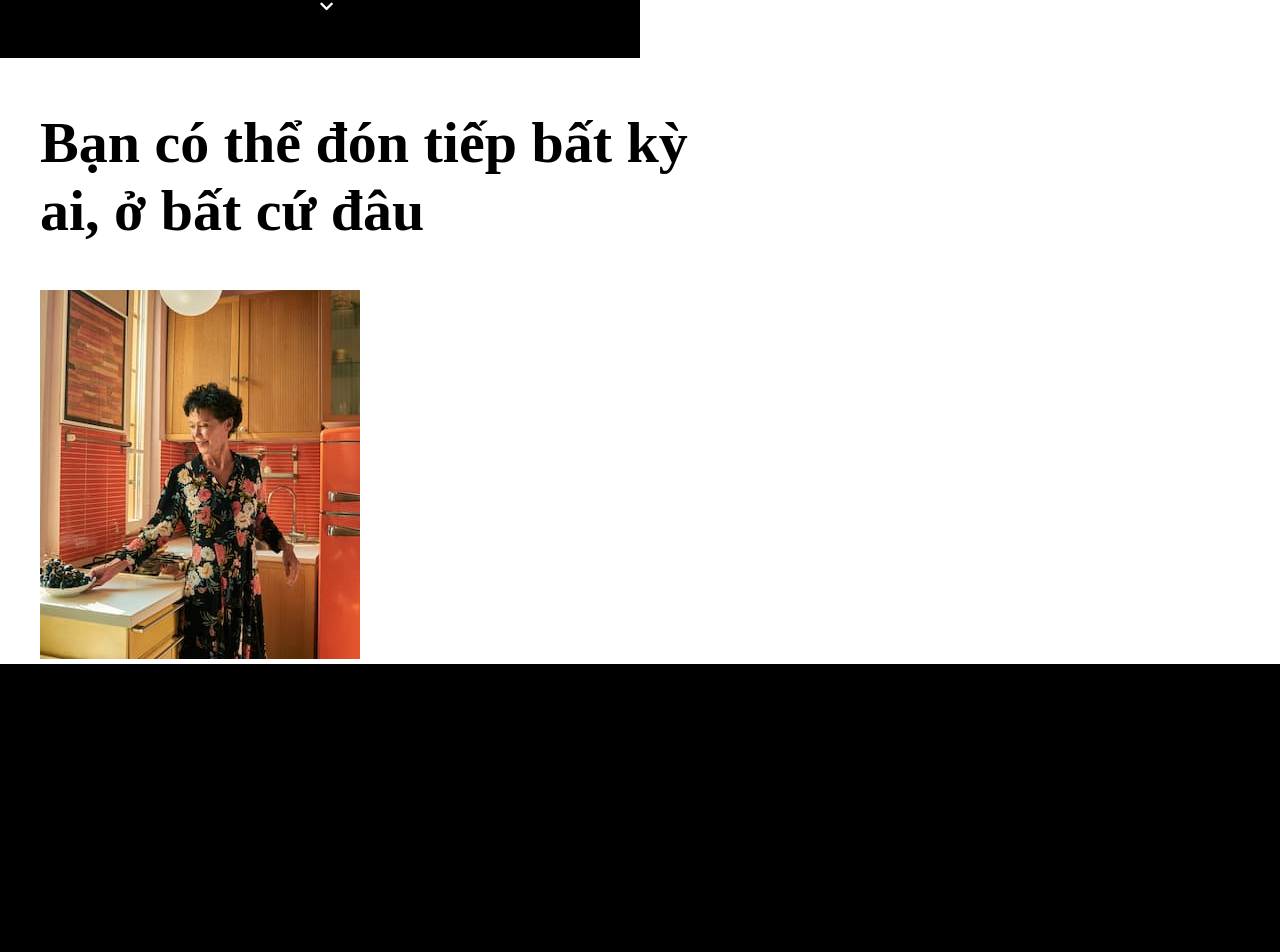
Repository: HoanTiny/AirbnbClone
Page: page3.html
An editor plug-in stored every save of this project. The page is shown before and after the next save, followed by the edit.
The browser window is 1280 px wide. The pictures show the part of the page from y = 662 to 1614 px (the page is 1826 px tall before and 1452 px after).
Pictures or frames that could not be fetched are drawn as grey boxes.

Above is the page before, as saved 2021-09-13 09:59:58.

### page3.html
<!DOCTYPE html>
<html lang="en">
    <head>
        <meta charset="UTF-8" />
        <meta http-equiv="X-UA-Compatible" content="IE=edge" />
        <meta name="viewport" content="width=device-width, initial-scale=1.0" />
        <link rel="stylesheet" href="./acess/css/mainpage3.css" />
        <link rel="stylesheet" href="./acess/css/gird.css" />
        <link rel="stylesheet" href="./acess/css/base.css" />
        <link rel="stylesheet" href="./acess/css/reponsive.css" />
        <link
            rel="stylesheet"
            href="./acess/font/fontawesome-free-5.15.3-web/css/all.min.css"
        />
        <title>Cho thuê nhà</title>
    </head>
    <body>
        <div class="app-p3">
            <div class="banner">
                <div class="banner__left">
                    <div class="banner__left-img">
                        <svg
                            width="30"
                            height="32"
                            fill="currentcolor"
                            color="#fff"
                            style="display: block"
                        >
                            <path
                                d="M29.24 22.68c-.16-.39-.31-.8-.47-1.15l-.74-1.67-.03-.03c-2.2-4.8-4.55-9.68-7.04-14.48l-.1-.2c-.25-.47-.5-.99-.76-1.47-.32-.57-.63-1.18-1.14-1.76a5.3 5.3 0 00-8.2 0c-.47.58-.82 1.19-1.14 1.76-.25.52-.5 1.03-.76 1.5l-.1.2c-2.45 4.8-4.84 9.68-7.04 14.48l-.06.06c-.22.52-.48 1.06-.73 1.64-.16.35-.32.73-.48 1.15a6.8 6.8 0 007.2 9.23 8.38 8.38 0 003.18-1.1c1.3-.73 2.55-1.79 3.95-3.32 1.4 1.53 2.68 2.59 3.95 3.33A8.38 8.38 0 0022.75 32a6.79 6.79 0 006.75-5.83 5.94 5.94 0 00-.26-3.5zm-14.36 1.66c-1.72-2.2-2.84-4.22-3.22-5.95a5.2 5.2 0 01-.1-1.96c.07-.51.26-.96.52-1.34.6-.87 1.65-1.41 2.8-1.41a3.3 3.3 0 012.8 1.4c.26.4.45.84.51 1.35.1.58.06 1.25-.1 1.96-.38 1.7-1.5 3.74-3.21 5.95zm12.74 1.48a4.76 4.76 0 01-2.9 3.75c-.76.32-1.6.41-2.42.32-.8-.1-1.6-.36-2.42-.84a15.64 15.64 0 01-3.63-3.1c2.1-2.6 3.37-4.97 3.85-7.08.23-1 .26-1.9.16-2.73a5.53 5.53 0 00-.86-2.2 5.36 5.36 0 00-4.49-2.28c-1.85 0-3.5.86-4.5 2.27a5.18 5.18 0 00-.85 2.21c-.13.84-.1 1.77.16 2.73.48 2.11 1.78 4.51 3.85 7.1a14.33 14.33 0 01-3.63 3.12c-.83.48-1.62.73-2.42.83a4.76 4.76 0 01-5.32-4.07c-.1-.8-.03-1.6.29-2.5.1-.32.25-.64.41-1.02.22-.52.48-1.06.73-1.6l.04-.07c2.16-4.77 4.52-9.64 6.97-14.41l.1-.2c.25-.48.5-.99.76-1.47.26-.51.54-1 .9-1.4a3.32 3.32 0 015.09 0c.35.4.64.89.9 1.4.25.48.5 1 .76 1.47l.1.2c2.44 4.77 4.8 9.64 7 14.41l.03.03c.26.52.48 1.1.73 1.6.16.39.32.7.42 1.03.19.9.29 1.7.19 2.5z"
                            ></path>
                        </svg>
                    </div>
                    <div class="banner__left-conttent">
                        <h1 class="banner__left-heading">
                            Đón tiếp khách làm nên linh hồn của Airbnb
                        </h1>
                        <button class="banner__left-btn">
                            Thử đón tiếp khách
                        </button>
                    </div>
                    <i class="fas fa-chevron-down banner__left-icon"></i>
                </div>
                <div class="banner-right">
                    <video
                        id="video"
                        src="./acess/img/Cho thuê nhà trên Airbnb.webm"
                        class="banner__right-video"
                        autoplay
                        crossorigin="anonymous"
                        playsinline
                        preload="auto"
                        aria-label="Chelsea, Chủ nhà ở Philadelphia, mỉm cười khi mở cửa. Soraya, Chủ nhà ở Mumbai, mỉm cười khi mở cửa trước cùng một người khác ở bên cạnh. Mohamed, Chủ nhà ở Johannesburg, mỉm cười khi mở cửa. Maria, Chủ nhà ở Mexico City, gật đầu mỉm cười khi mang cây đi."
                    ></video>
                </div>
            </div>
            <div class="content">
                <div class="content__heading">
                    <div class="grid wide">
                        <h2 class="content__heading-top">
                            Bạn có thể đón tiếp bất kỳ ai, ở bất cứ đâu
                        </h2>
                    </div>
                    <div class="grid wide">
                        <div class="row content__home">
                            <div class="col l-4">
                                <img src="./acess/img/home-p3.jpg" class="img content__home-img"></img>
                            </div>
                        </div>
                    </div>
                </div>
                <div class="content__search"></div>
            </div>
        </div>
        <script>
            var videoPlayer = document.getElementById("video");
            // Auto play, half volume.
            videoPlayer.play();
            videoPlayer.volume = 0.5;

            // Play / pause.
            videoPlayer.addEventListener("click", function () {
                if (videoPlayer.paused == false) {
                    videoPlayer.pause();
                    videoPlayer.firstChild.nodeValue = "Play";
                } else {
                    videoPlayer.play();
                    videoPlayer.firstChild.nodeValue = "Pause";
                }
            });
        </script>
    </body>
</html>

### acess/css/mainpage3.css
body {
    margin: 0;
}

.banner {
    height: 100vh;
    display: flex;
    justify-content: center;
}
.banner__left {
    width: 50%;
    background-color: #000;
    position: relative;
}
.banner__left-img {
    padding: 24px;
}
.banner__left-conttent {
    display: flex;
    flex-direction: column;
    align-items: center;
    justify-content: center;
    position: absolute;
    top: 50%;
    left: 50%;
    transform: translate(-50%, -50%);
    width: fit-content;
}
.banner__left-heading {
    color: #fff;
    text-align: center;
    font-size: 6.8rem;
    line-height: 7rem;
    padding: 12px 24px;
    font-weight: 500;
}
.banner__left-btn {
    padding: 18px 32px;
    font-size: 1.8rem;
    border-radius: 12px;
    background-image: linear-gradient(
        to right,
        rgb(229, 29, 80),
        rgb(220, 14, 100)
    );
    color: var(--white-color);
    border: none;
    cursor: pointer;
}

.banner__left-icon {
    color: var(--white-color);
    position: absolute;
    bottom: 32px;
    font-size: 1.5rem;
    left: 50%;
    padding: 12px;
    margin-left: -12px;
    border-radius: 50%;
    cursor: pointer;
}

.banner__left-icon:hover {
    background-color: #999;
}

.banner-right {
    width: 50%;
}

.banner__right-video {
    object-fit: cover;
    object-position: center top;
    width: 100%;
    height: 100%;
}

.content__heading-top {
    margin-top: 48px;
    font-size: 5.8rem;
    line-height: 6.8rem;
    text-align: left;
    width: 60%;
}

.content__search {
    background-color: #000;
    height: 500px;
}

### acess/css/gird.css
.grid {
    width: 100%;
    display: block;
    padding: 0;
}

.grid.wide {
    max-width: 1200px;
    margin: 0 auto;
}

.row {
    display: flex;
    flex-wrap: wrap;
    margin-left: -8px;
    margin-right: -8px;
}

.row.no-gutters {
    margin-left: 0;
    margin-right: 0;
}

.col {
    padding-left: 12px;
    padding-right: 12px;
}

.row.no-gutters .col {
    padding-left: 0;
    padding-right: 0;
}

.c-0 {
    display: none;
}

.c-1 {
    flex: 0 0 8.33333%;
    max-width: 8.33333%;
}

.c-2 {
    flex: 0 0 16.66667%;
    max-width: 16.66667%;
}

.c-3 {
    flex: 0 0 25%;
    max-width: 25%;
}

.c-4 {
    flex: 0 0 33.33333%;
    max-width: 33.33333%;
}

.c-5 {
    flex: 0 0 41.66667%;
    max-width: 41.66667%;
}

.c-6 {
    flex: 0 0 50%;
    max-width: 50%;
}

.c-7 {
    flex: 0 0 58.33333%;
    max-width: 58.33333%;
}

.c-8 {
    flex: 0 0 66.66667%;
    max-width: 66.66667%;
}

.c-9 {
    flex: 0 0 75%;
    max-width: 75%;
}

.c-10 {
    flex: 0 0 83.33333%;
    max-width: 83.33333%;
}

.c-11 {
    flex: 0 0 91.66667%;
    max-width: 91.66667%;
}

.c-12 {
    flex: 0 0 100%;
    max-width: 100%;
}

.c-o-1 {
    margin-left: 8.33333%;
}

.c-o-2 {
    margin-left: 16.66667%;
}

.c-o-3 {
    margin-left: 25%;
}

.c-o-4 {
    margin-left: 33.33333%;
}

.c-o-5 {
    margin-left: 41.66667%;
}

.c-o-6 {
    margin-left: 50%;
}

.c-o-7 {
    margin-left: 58.33333%;
}

.c-o-8 {
    margin-left: 66.66667%;
}

.c-o-9 {
    margin-left: 75%;
}

.c-o-10 {
    margin-left: 83.33333%;
}

.c-o-11 {
    margin-left: 91.66667%;
}

/* >= Tablet */
@media (min-width: 740px) {
    .row {
        margin-left: -4px;
        margin-right: -4px;
    }

    .col {
        padding-left: 4px;
        padding-right: 4px;
    }

    .m-0 {
        display: none;
    }

    .m-1,
    .m-2,
    .m-3,
    .m-4,
    .m-5,
    .m-6,
    .m-7,
    .m-8,
    .m-9,
    .m-10,
    .m-11,
    .m-12 {
        display: block;
    }

    .m-1 {
        flex: 0 0 8.33333%;
        max-width: 8.33333%;
    }

    .m-2 {
        flex: 0 0 16.66667%;
        max-width: 16.66667%;
    }

    .m-3 {
        flex: 0 0 25%;
        max-width: 25%;
    }

    .m-4 {
        flex: 0 0 33.33333%;
        max-width: 33.33333%;
    }

    .m-5 {
        flex: 0 0 41.66667%;
        max-width: 41.66667%;
    }

    .m-6 {
        flex: 0 0 50%;
        max-width: 50%;
    }

    .m-7 {
        flex: 0 0 58.33333%;
        max-width: 58.33333%;
    }

    .m-8 {
        flex: 0 0 66.66667%;
        max-width: 66.66667%;
    }

    .m-9 {
        flex: 0 0 75%;
        max-width: 75%;
    }

    .m-10 {
        flex: 0 0 83.33333%;
        max-width: 83.33333%;
    }

    .m-11 {
        flex: 0 0 91.66667%;
        max-width: 91.66667%;
    }

    .m-12 {
        flex: 0 0 100%;
        max-width: 100%;
    }

    .m-o-1 {
        margin-left: 8.33333%;
    }

    .m-o-2 {
        margin-left: 16.66667%;
    }

    .m-o-3 {
        margin-left: 25%;
    }

    .m-o-4 {
        margin-left: 33.33333%;
    }

    .m-o-5 {
        margin-left: 41.66667%;
    }

    .m-o-6 {
        margin-left: 50%;
    }

    .m-o-7 {
        margin-left: 58.33333%;
    }

    .m-o-8 {
        margin-left: 66.66667%;
    }

    .m-o-9 {
        margin-left: 75%;
    }

    .m-o-10 {
        margin-left: 83.33333%;
    }

    .m-o-11 {
        margin-left: 91.66667%;
    }
}

/* PC medium resolution > */
@media (min-width: 1113px) {
    .row {
        margin-left: -12px;
        margin-right: -12px;
    }

    .row.sm-gutter {
        margin-left: -5px;
        margin-right: -5px;
    }

    .col {
        padding-left: 12px;
        padding-right: 12px;
    }

    .row.sm-gutter .col {
        padding-left: 5px;
        padding-right: 5px;
    }

    .l-0 {
        display: none;
    }

    .l-1,
    .l-2,
    .l-2-4,
    .l-3,
    .l-4,
    .l-5,
    .l-6,
    .l-7,
    .l-8,
    .l-9,
    .l-10,
    .l-11,
    .l-12 {
        display: block;
    }

    .l-1 {
        flex: 0 0 8.33333%;
        max-width: 8.33333%;
    }

    .l-2 {
        flex: 0 0 16.66667%;
        max-width: 16.66667%;
    }

    .l-2-4 {
        flex: 0 0 20%;
        max-width: 20%;
    }

    .l-3 {
        flex: 0 0 25%;
        max-width: 25%;
    }

    .l-4 {
        flex: 0 0 33.33333%;
        max-width: 33.33333%;
    }

    .l-5 {
        flex: 0 0 41.66667%;
        max-width: 41.66667%;
    }

    .l-6 {
        flex: 0 0 50%;
        max-width: 50%;
    }

    .l-7 {
        flex: 0 0 58.33333%;
        max-width: 58.33333%;
    }

    .l-8 {
        flex: 0 0 66.66667%;
        max-width: 66.66667%;
    }

    .l-9 {
        flex: 0 0 75%;
        max-width: 75%;
    }

    .l-10 {
        flex: 0 0 83.33333%;
        max-width: 83.33333%;
    }

    .l-11 {
        flex: 0 0 91.66667%;
        max-width: 91.66667%;
    }

    .l-12 {
        flex: 0 0 100%;
        max-width: 100%;
    }

    .l-o-1 {
        margin-left: 8.33333%;
    }

    .l-o-2 {
        margin-left: 16.66667%;
    }

    .l-o-3 {
        margin-left: 25%;
    }

    .l-o-4 {
        margin-left: 33.33333%;
    }

    .l-o-5 {
        margin-left: 41.66667%;
    }

    .l-o-6 {
        margin-left: 50%;
    }

    .l-o-7 {
        margin-left: 58.33333%;
    }

    .l-o-8 {
        margin-left: 66.66667%;
    }

    .l-o-9 {
        margin-left: 75%;
    }

    .l-o-10 {
        margin-left: 83.33333%;
    }

    .l-o-11 {
        margin-left: 91.66667%;
    }
}

/* Tablet - PC low resolution */
@media (min-width: 740px) and (max-width: 1023px) {
    .wide {
        width: 644px;
    }
}

/* > PC low resolution */
@media (min-width: 1024px) and (max-width: 1239px) {
    .wide {
        width: 984px;
    }

    .wide .row {
        margin-left: -12px;
        margin-right: -12px;
    }

    .wide .row.sm-gutter {
        margin-left: -5px;
        margin-right: -5px;
    }

    .wide .col {
        padding-left: 12px;
        padding-right: 12px;
    }

    .wide .row.sm-gutter .col {
        padding-left: 5px;
        padding-right: 5px;
    }

    .wide .l-0 {
        display: none;
    }

    .wide .l-1,
    .wide .l-2,
    .wide .l-2-4,
    .wide .l-3,
    .wide .l-4,
    .wide .l-5,
    .wide .l-6,
    .wide .l-7,
    .wide .l-8,
    .wide .l-9,
    .wide .l-10,
    .wide .l-11,
    .wide .l-12 {
        display: block;
    }

    .wide .l-1 {
        flex: 0 0 8.33333%;
        max-width: 8.33333%;
    }

    .wide .l-2 {
        flex: 0 0 16.66667%;
        max-width: 16.66667%;
    }

    .wide .l-2-4 {
        flex: 0 0 20%;
        max-width: 20%;
    }

    .wide .l-3 {
        flex: 0 0 25%;
        max-width: 25%;
    }

    .wide .l-4 {
        flex: 0 0 33.33333%;
        max-width: 33.33333%;
    }

    .wide .l-5 {
        flex: 0 0 41.66667%;
        max-width: 41.66667%;
    }

    .wide .l-6 {
        flex: 0 0 50%;
        max-width: 50%;
    }

    .wide .l-7 {
        flex: 0 0 58.33333%;
        max-width: 58.33333%;
    }

    .wide .l-8 {
        flex: 0 0 66.66667%;
        max-width: 66.66667%;
    }

    .wide .l-9 {
        flex: 0 0 75%;
        max-width: 75%;
    }

    .wide .l-10 {
        flex: 0 0 83.33333%;
        max-width: 83.33333%;
    }

    .wide .l-11 {
        flex: 0 0 91.66667%;
        max-width: 91.66667%;
    }

    .wide .l-12 {
        flex: 0 0 100%;
        max-width: 100%;
    }

    .wide .l-o-1 {
        margin-left: 8.33333%;
    }

    .wide .l-o-2 {
        margin-left: 16.66667%;
    }

    .wide .l-o-3 {
        margin-left: 25%;
    }

    .wide .l-o-4 {
        margin-left: 33.33333%;
    }

    .wide .l-o-5 {
        margin-left: 41.66667%;
    }

    .wide .l-o-6 {
        margin-left: 50%;
    }

    .wide .l-o-7 {
        margin-left: 58.33333%;
    }

    .wide .l-o-8 {
        margin-left: 66.66667%;
    }

    .wide .l-o-9 {
        margin-left: 75%;
    }

    .wide .l-o-10 {
        margin-left: 83.33333%;
    }

    .wide .l-o-11 {
        margin-left: 91.66667%;
    }
}

### acess/css/base.css
:root {
    --white-color:#fff;
    --black-color: #000;
    --text-color: #333;
}

* {
    box-sizing: inherit;
}

html {
    /* font-family: Circular, -apple-system, BlinkMacSystemFont, Roboto, "Helvetica Neue", sans-serif; */
    font-family: 'Font Awesome 5 Free';
    box-sizing: border-box;
    font-size: 62.5%;
    line-height: 1.8rem;
}

### acess/css/reponsive.css
@media (min-width: 723px) and (max-width: 1023px) {
    .hold-on-mobile-tablet {
        display: none;
    }
    .background {
        background-position: unset;
    }

    .header__nav-list-tablet {
        display: flex;
    }

    .search {
        margin: 0;
    }

    .search__item:first-of-type {
        padding-left: 32px;
    }

    .search__item {
        margin: 0;
        padding: 12px;
    }

    .home__product-tablet {
        height: 140px;
        overflow: hidden;
        display: -webkit-box;
        -webkit-line-clamp: 2;
    }

    .home__category-tablet {
        display: flex;
        max-width: 100%;
        overflow-x: auto;
        flex-wrap: nowrap;
    }

    .home__category-tablet::-webkit-scrollbar {
        display: none;
    }

    .home__category-item-tablet {
        width: 33.3333%;
        flex-shrink: 0;
    }

    .footer-end {
        flex-direction: column-reverse;
    }

    .footer__end-social-list{
        display: flex;
        justify-content: center;
    }

    .footer__end-copyright-list{
        flex-wrap: wrap;
        justify-content: center;
    }

    .footer__end-copyright__item:first-of-type {
        width: 100%;
        text-align: center;
        margin-bottom: 4px;
    }

    .header__nav-scrollba-btn {
        margin-left: auto;
    }

}

@media (max-width: 723px)
{
    .hold-on-mobile {
        display: none;
    }

    .search {
        display: none;
    }
    .header__nav {
        display: none;
    }

    .header__mobile{
        display: flex;
    }

    .footer {
        text-align: center;
    }

    .home__category-tablet {
        display: flex;
        max-width: 100%;
        overflow-x: auto;
        flex-wrap: nowrap;
    }

    .home__category-tablet::-webkit-scrollbar {
        display: none;
    }

    .home__category-item-tablet {
        width: 33.3333%;
        flex-shrink: 0;
    }

    #header__nav-scrollbar {
        display: none;
    }

    .header__mobile {
        position: fixed;
        top: 0px;
        left: 0;
        right: 0;
        z-index: 12;
        align-items: center;
    }

    .header__mobile-btn {
        border: none;
        background-color: rgb(247, 247, 247);
        box-shadow: none;
        top: 20;
    }

    .web__content-heading {
        font-size: 2.2rem;
        line-height: 2.6rem;
    }

    .home__category-next {
        display: none;
    }

    .home__category-return--active {
        display: none;
    }

    .home__experience-mobile {
        display: flex;
        max-width: 100%;
        overflow-x: auto;
        flex-wrap: nowrap;
    }

    .home__experience-mobile::-webkit-scrollbar {
        display: none;
    }

    .home__experience-mobile-item {
        width: 75%;
        flex-shrink: 0;
    }

    path {
        display: none;
    }
    .search-where {
        display: block;
        position: revert;
    }

    .search-where-icon {
        display: none;
    }

    /* Page 2 */

    .home-place__item-img {
        height: 345px;
    }

    .menu-list__item {
        border: none;
    }

    .header-page2 {
        border-bottom: none;
    }

    .header__mobile-page2 {
        display: block;
    }

    .home-place {
        margin-top: 115px;
    }

}

Loaded but not shown: acess/font/fontawesome-free-5.15.3-web/css/all.min.css (library)

After the next save:
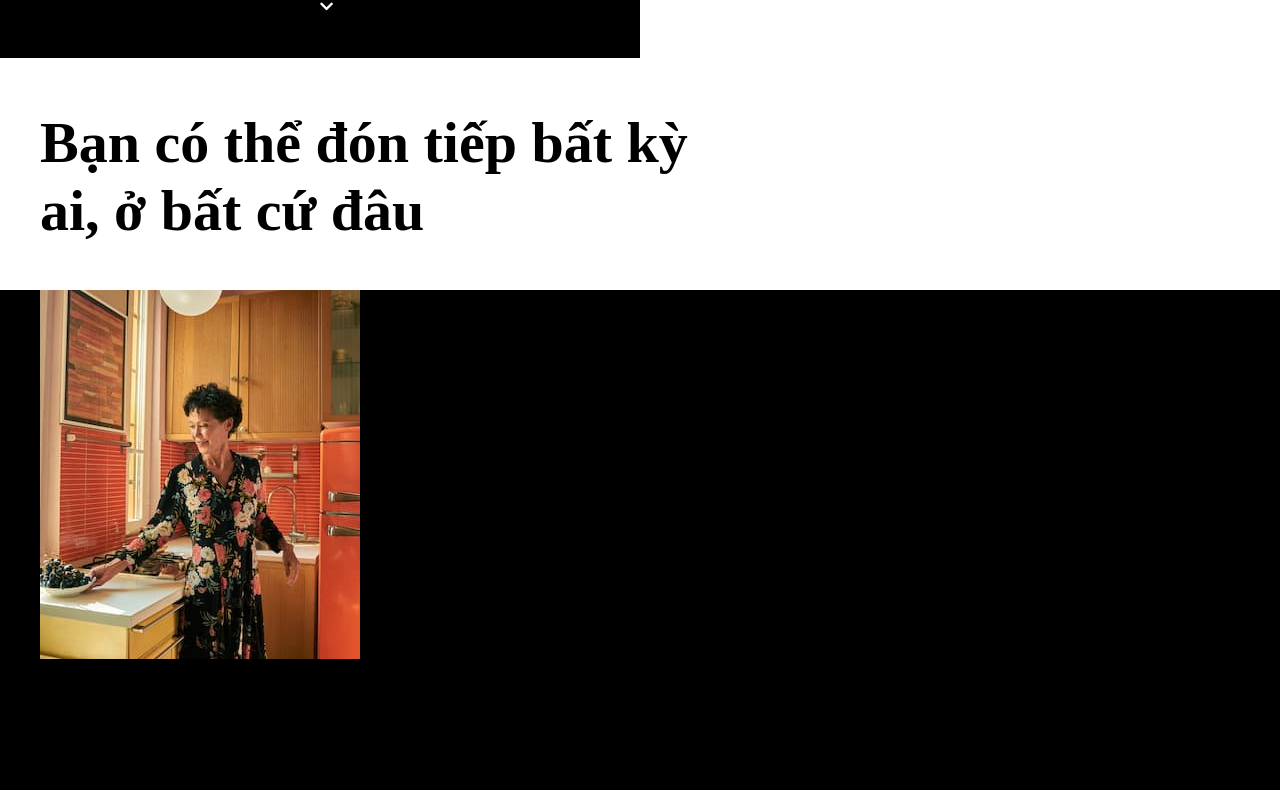
Saved 69 s later.
--- a/acess/css/mainpage3.css
+++ b/acess/css/mainpage3.css
@@ -75,6 +75,10 @@ body {
     height: 100%;
 }
 
+.content__heading {
+    position: relative;
+}
+
 .content__heading-top {
     margin-top: 48px;
     font-size: 5.8rem;
@@ -83,6 +87,10 @@ body {
     width: 60%;
 }
 
+.content__home {
+    position: absolute;
+}
+
 .content__search {
     background-color: #000;
     height: 500px;
